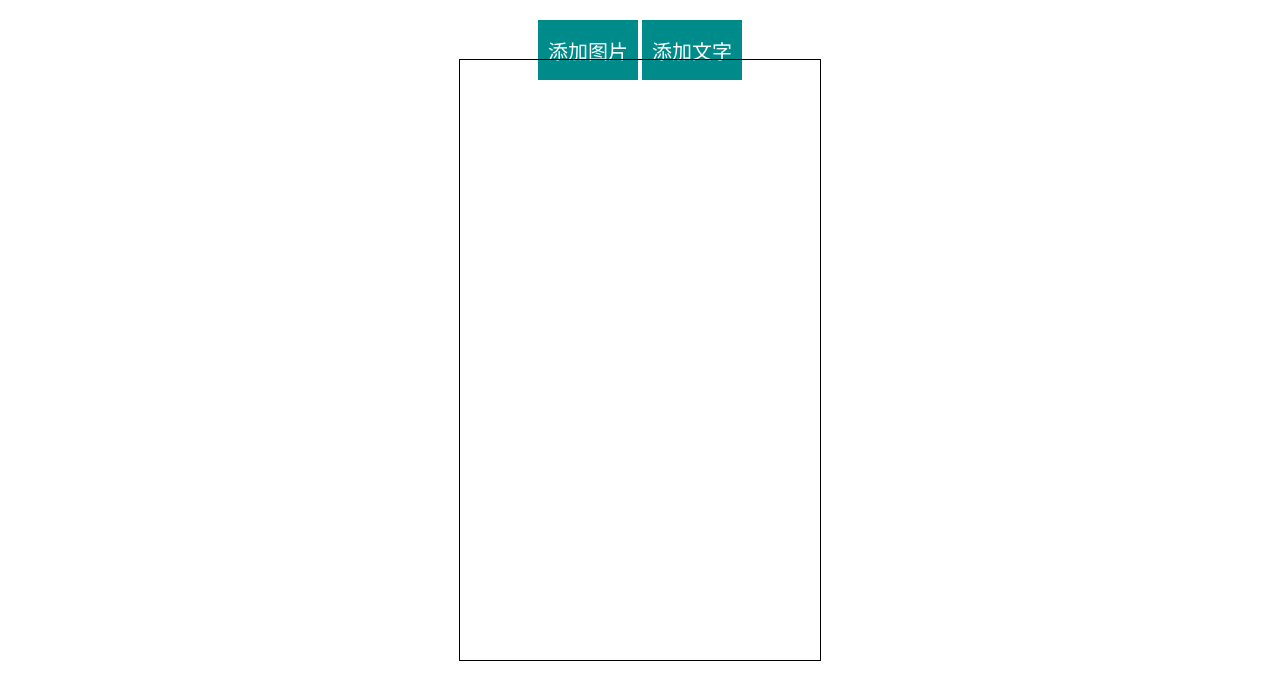
Repository: Xekin-FE/canvas-image-editor
Page: index.html
These files come from the project's save history. The page is drawn as it stood at one moment and after the next save; the edit follows.
The browser window is 1280 px wide. The pictures show the whole page.
After loading, the first visible `button[onclick="addText();"]` was clicked once.

Above is the page before, as saved 2018-12-14 15:28:25.

After the next save:
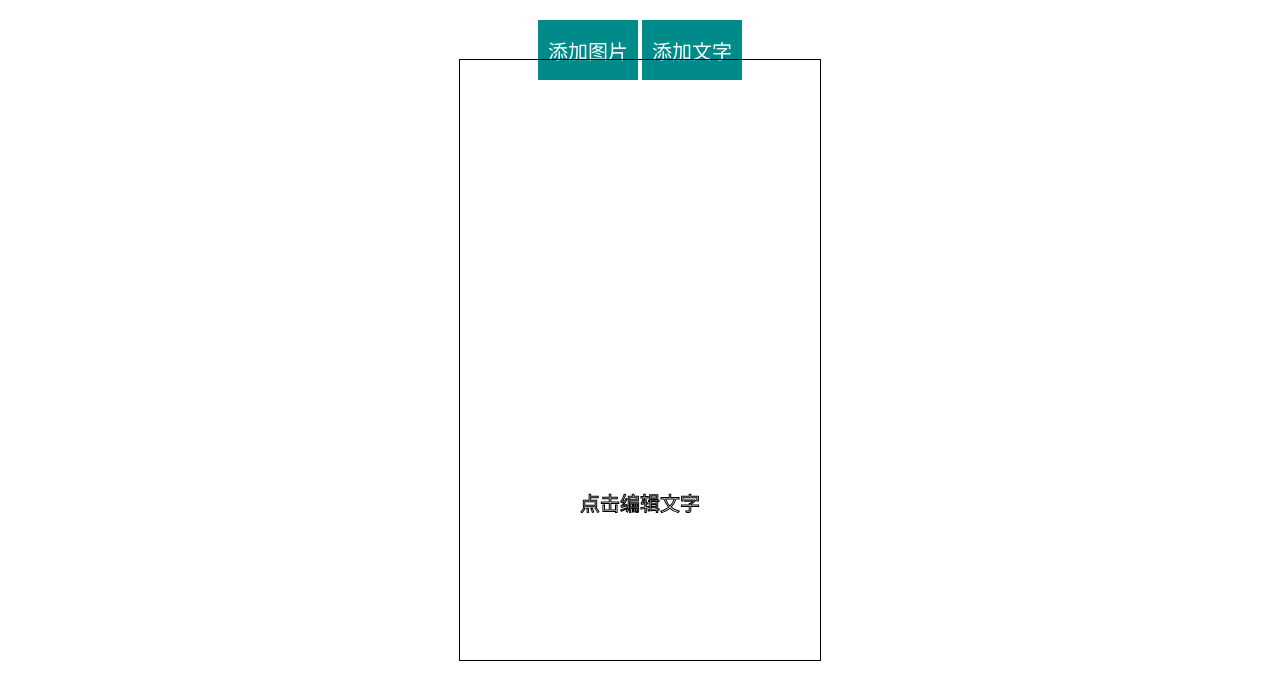
Saved 97 s later.
--- a/index.html
+++ b/index.html
@@ -36,10 +36,8 @@
             let tw = ctx.measureText(text).width;
             let ftop =3*can.height/4 -5;
             let fleft = can.width/2;
-            ctx.fillStyle = '#fff';
-            ctx.fillRect(fleft-tw/2, ftop- 10, tw, 20);
+            ctx.rect(fleft-tw/2, ftop- 10, tw+20, 30);
             ctx.fillStyle= "#fff";
-            ctx.strokeStyle='#fff';
             ctx.strokeText(text, fleft, ftop);
             console.log('addText')
         };

After the save that followed:
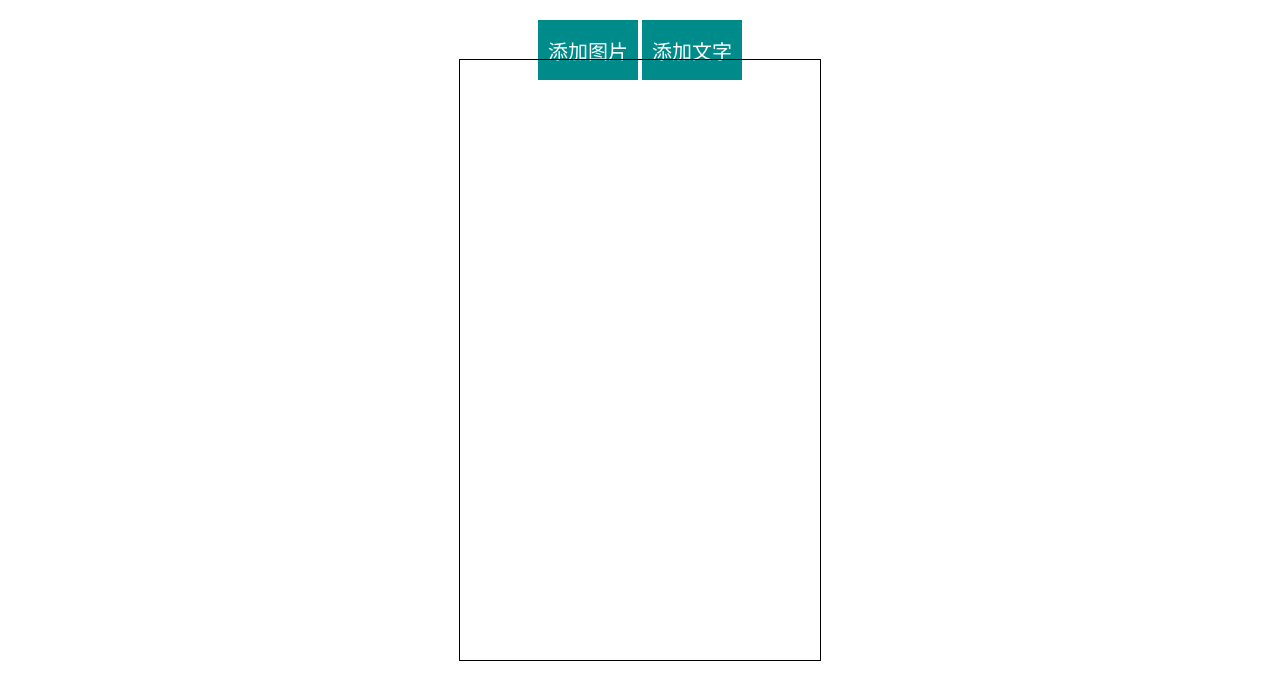
Saved 8 s later.
--- a/index.html
+++ b/index.html
@@ -37,7 +37,7 @@
             let ftop =3*can.height/4 -5;
             let fleft = can.width/2;
             ctx.rect(fleft-tw/2, ftop- 10, tw+20, 30);
-            ctx.fillStyle= "#fff";
+            ctx.strokeStyle='#fff';
             ctx.strokeText(text, fleft, ftop);
             console.log('addText')
         };
